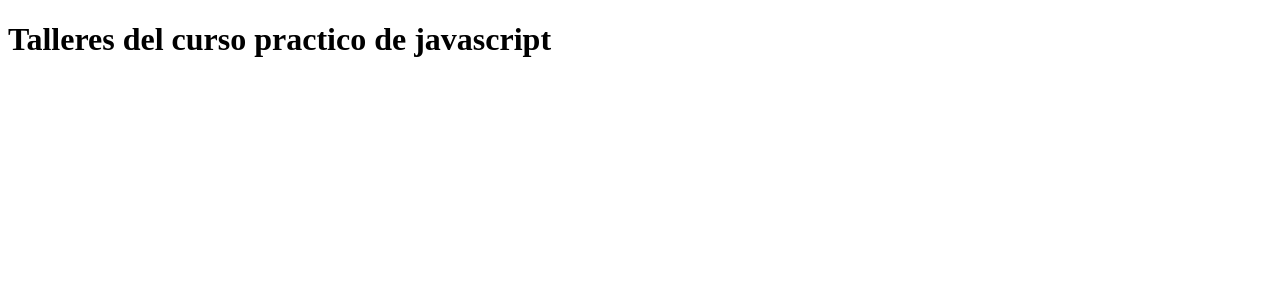
Repository: orlando-1234/curso-practico-javascript
Page: index.html
The author's editor kept a copy of each file at every save. The page is drawn from the files as they stood at one save, then again after the next save.
The browser window is 1280 px wide. The pictures show the whole page.

Above is the page before, as saved 2021-09-21 13:37:58.

### index.html
<!DOCTYPE html>
<html lang="en">
<head>
    <meta charset="UTF-8">
    <meta http-equiv="X-UA-Compatible" content="IE=edge">
    <meta name="viewport" content="width=device-width, initial-scale=1.0">
    <title>Home</title>
</head>
<body>
    <header>
        <h1>Talleres del curso practico de javascript</h1>
    </header>

</body>
</html>

After the next save:
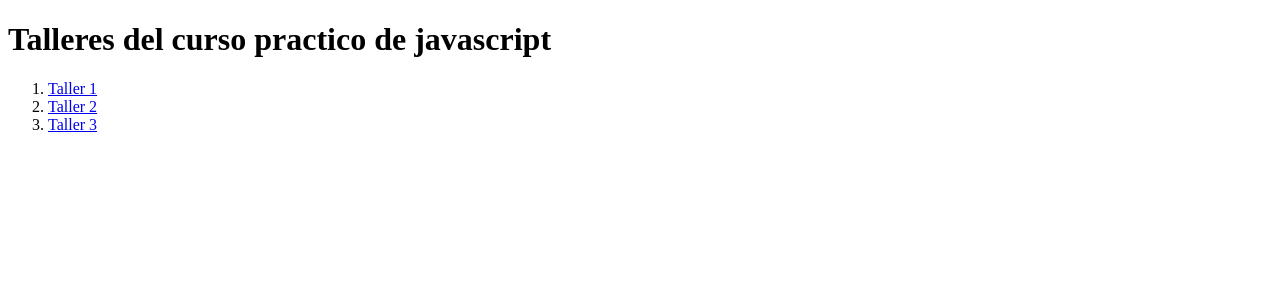
Saved 3 min 38 s later.
--- a/index.html
+++ b/index.html
@@ -11,5 +11,14 @@
         <h1>Talleres del curso practico de javascript</h1>
     </header>
 
+    <section>
+        <nav>
+            <ol>
+                <li><a href="./figuras.html">Taller 1</a></li>
+                <li><a href="./descuentos.html">Taller 2</a></li>
+                <li><a href="./promedio.html">Taller 3</a></li>
+            </ol>
+        </nav>
+    </section>
 </body>
 </html>
